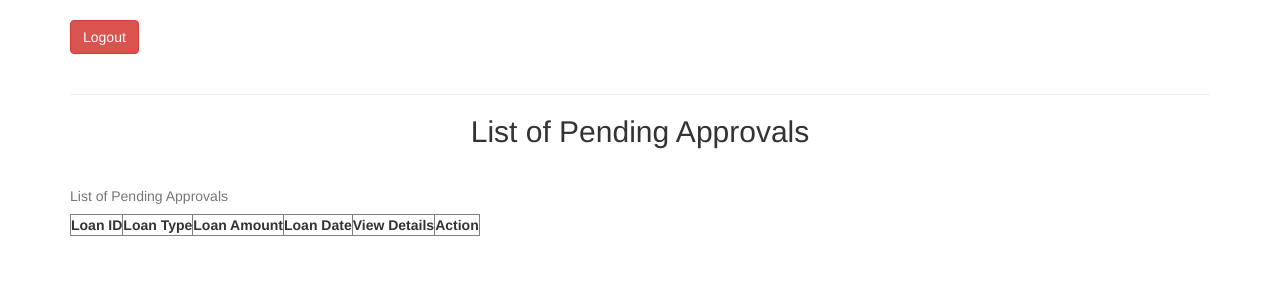
Repository: Bayvao/E-Loan-Project
Page: http://localhost/E-Loan-Project/WEB-INF/views/pending-loan-approval.jsp
The author's editor kept a copy of each file at every save. The page is drawn from the files as they stood at one save, then again after a run of saves.
The browser window is 1280 px wide. The pictures show the whole page.
The page is served by Tomcat 9. Nobody is signed in. Other server files are loaded and not shown. The template is opened directly, without the code that normally fills it, so the values that code supplies are empty.

Above is the page before, as saved 2020-07-21 08:28:54.

### E-Loan-Project/src/main/webapp/WEB-INF/views/pending-loan-approval.jsp
<%@ taglib prefix="form" uri="http://www.springframework.org/tags/form"%>
<%@ taglib prefix="security"
	uri="http://www.springframework.org/security/tags"%>
<%@ taglib prefix="c" uri="http://java.sun.com/jsp/jstl/core"%>

<!DOCTYPE html>
<html lang="en">
<head>
<title>Pending List</title>

<meta charset="utf-8">
<meta name="viewport" content="width=device-width, initial-scale=1">
<link rel="stylesheet"
	href="https://maxcdn.bootstrapcdn.com/bootstrap/3.4.1/css/bootstrap.min.css">
<script
	src="https://ajax.googleapis.com/ajax/libs/jquery/3.5.1/jquery.min.js"></script>
<script
	src="https://maxcdn.bootstrapcdn.com/bootstrap/3.4.1/js/bootstrap.min.js"></script>


<style>
h2 {
	text-align: center;
}
</style>
</head>
<body>

	<div class="container">
		<br />

		<!-- Add a logout button -->
		<form:form action="${pageContext.request.contextPath}/logout"
			method="POST">

			<input type="submit" class="btn btn-danger" value="Logout" />

		</form:form>


		<br />
		<!-- display user name and role -->

		<p>

			<security:authorize access="isAuthenticated()">
        User: <security:authentication property="principal.username" />
        Role(s): <security:authentication
					property="principal.authorities" />
			</security:authorize>
		<div>
			<hr>
			<h2>List of Pending Approvals</h2>
		</div>
		<br/>
		<table border=1>
		<caption>List of Pending Approvals</caption>
			<tr>
				<th>Loan ID</th>
				<th>Loan Type</th>
				<th>Loan Amount</th>
				<th>Loan Date</th>
				<th>View Details</th>
				<th>Action</th>
			</tr>
			<c:forEach items="${listPendingLoan}" var="pLoan">
				<tr>
					<td>${pLoan.loan.loanId}</td>
					<td>${pLoan.loan.loanType}</td>
					<td>${pLoan.loan.loanAmount}</td>
					<td>${pLoan.loan.loanDate}</td>
					<td><a
						href="${pageContext.request.contextPath}/manager/detailView?id=${pLoan.statusId}">View
							Details</a></td>
					<td><a
						href="${pageContext.request.contextPath}/manager/approveLoan?id=${pLoan.statusId}">Approve</a>
						| <a
						href="${pageContext.request.contextPath}/manager/rejectLoan?id=${pLoan.statusId}">Reject</a>

					</td>
				</tr>
			</c:forEach>
		</table>
	</div>
</body>
</html>

After the next 3 saves:
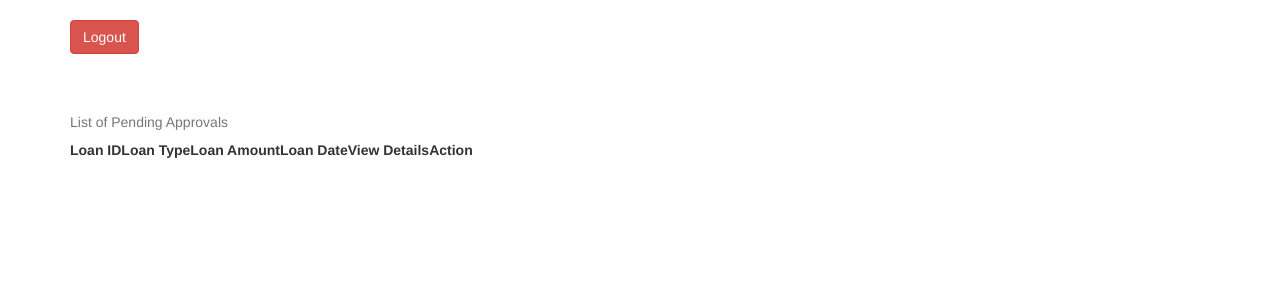
The 3 saves are shown as one change because they came seconds apart.
The last was saved 9 s later.
--- a/E-Loan-Project/src/main/webapp/WEB-INF/views/pending-loan-approval.jsp
+++ b/E-Loan-Project/src/main/webapp/WEB-INF/views/pending-loan-approval.jsp
@@ -48,12 +48,9 @@ h2 {
         Role(s): <security:authentication
 					property="principal.authorities" />
 			</security:authorize>
-		<div>
-			<hr>
-			<h2>List of Pending Approvals</h2>
-		</div>
+
 		<br/>
-		<table border=1>
+		<table>
 		<caption>List of Pending Approvals</caption>
 			<tr>
 				<th>Loan ID</th>
